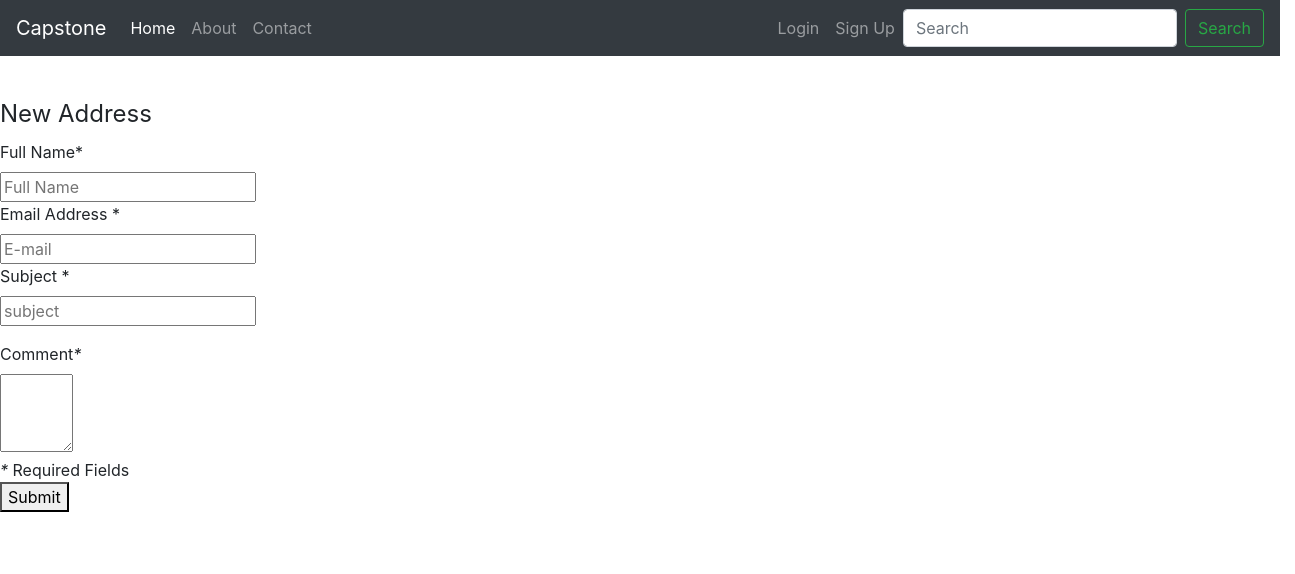
Repository: lionelmwaura/Capstone
Page: http://localhost/ecom/WEB-INF/views/contact.jsp
An editor plug-in stored every save of this project. The page is shown before and after the next save, followed by the edit.
The browser window is 1280 px wide. The page is 1280 px wide, then 1295 px, so the pictures cover 1295 px, including what lies to the right of the window. The pictures show the whole page.
The page is served by Tomcat 9. Nobody is signed in. Other server files are loaded and not shown. The template is opened directly, without the code that normally fills it, so the values that code supplies are empty.

Above is the page before, as saved 2020-09-29 22:35:44.

### ecom/src/main/webapp/WEB-INF/views/contact.jsp
<%@ page language="java" contentType="text/html; charset=ISO-8859-1"
    pageEncoding="ISO-8859-1"%>
<!DOCTYPE html>
<html>
<head>
<meta charset="ISO-8859-1">
<title>Insert title here</title>
<link rel="stylesheet" href="https://maxcdn.bootstrapcdn.com/bootstrap/4.5.2/css/bootstrap.min.css">
  <script src="https://ajax.googleapis.com/ajax/libs/jquery/3.5.1/jquery.min.js"></script>
  <script src="https://cdnjs.cloudflare.com/ajax/libs/popper.js/1.16.0/umd/popper.min.js"></script>
  <script src="https://maxcdn.bootstrapcdn.com/bootstrap/4.5.2/js/bootstrap.min.js"></script>
</head>
<body>
<jsp:include page="components/header.jsp"></jsp:include>
<br>
<br>
<br>
<br>
<form action="sendemail" method="post" role="form">

                  <fieldset>
                    <legend>New Address</legend>

                          <div class="form-group">
                            <label for="name"> Full Name<span class="required">*</span></label>
                            <br>
                            <input type="text" id="name" name="name" placeholder="Full Name" title="Full Name" class="input-text" required>

                          <div class="input-box">
                            <label for="email"> Email Address <span class="required">*</span> </label>
                            <br>
                            <input type="text" id="email" name="email" placeholder="E-mail"  title="E-mail" class="input-text" required>
                          </div>
                          <div class="input-box ">
                            <label for="subject"> Subject <span class="required">*</span> </label>
                            <br>
                            <input type="text" name="subject" placeholder="subject" title="Subject" class="input-text">
                          </div>
                        </div>

                        <label for="comment">Comment<em class="required">*</em></label>
                        <br>
                        <div >
                          <textarea name="message" id="message" title="message" class="input-text" cols="5" rows="3"></textarea>
                        </div>

                  </fieldset>

                <span class="require"><em class="required">* </em>Required Fields</span>
                <div class="buttons-set">
                  <button type="submit" title="Submit" class="button submit"> <span> Submit </span> </button>
                </div>

</form>
</body>
</html>

### ecom/src/main/webapp/WEB-INF/views/components/header.jsp
<%@ page language="java" contentType="text/html; charset=ISO-8859-1"
    pageEncoding="ISO-8859-1"%>
<%@ taglib prefix="spring" uri="http://www.springframework.org/tags"%>
<%@ taglib prefix="c" uri="http://java.sun.com/jsp/jstl/core"%>
<%@ taglib prefix="form" uri="http://www.springframework.org/tags/form"%>

<!DOCTYPE html>
<html>
<head>
<meta charset="ISO-8859-1">
<title>Header</title>
</head>
<body>
<nav class="navbar navbar-expand-md navbar-dark fixed-top bg-dark">
    <a class="navbar-brand" href="#">Capstone</a>
    <button class="navbar-toggler" type="button" data-toggle="collapse" data-target="#navbarCollapse" aria-controls="navbarCollapse" aria-expanded="false" aria-label="Toggle navigation">
      <span class="navbar-toggler-icon"></span>
    </button>
    <div class="collapse navbar-collapse" id="navbarCollapse">
      <ul class="navbar-nav mr-auto">
        <li class="nav-item active">
          <a class="nav-link" href="home">Home</a>
        </li>
        <li class="nav-item">
          <a class="nav-link" href="about">About</a>
        </li>
        <li class="nav-item">
          <a class="nav-link" href="contact">Contact</a>
        </li>
      </ul>
      <ul class="navbar-nav ">
      	<c:choose>
      	<c:when test="${empty loggedInuser}">
      		<li class="nav-item">
          		<a class="nav-link" href="login">Login</a>
       		</li>
        	<li class="nav-item">
          		<a class="nav-link" href="signup">Sign Up</a>
        	</li>
      	</c:when>
      	<c:otherwise>
      	<c:if test="${role eq 'ADMIN' || role eq 'DBA'}">
      		<li class="nav-item">
          		<a class="nav-link" href="admin">Admin</a>
        	</li>
      	</c:if>
      		<li class="nav-item">
          		<a class="nav-link" href="profile">My Profile</a>
        	</li>
      		<li class="nav-item">
          		<a class="nav-link" href="logout">Logout</a>
        	</li>
      	</c:otherwise>
      	</c:choose>
       <form class="form-inline mt-2 mt-md-0">
        	<input class="form-control mr-sm-2" type="text" placeholder="Search" aria-label="Search">
        	<button class="btn btn-outline-success my-2 my-sm-0" type="submit">Search</button>
      	</form>
      </ul>
    </div>
  </nav>
</body>
</html>

After the next save:
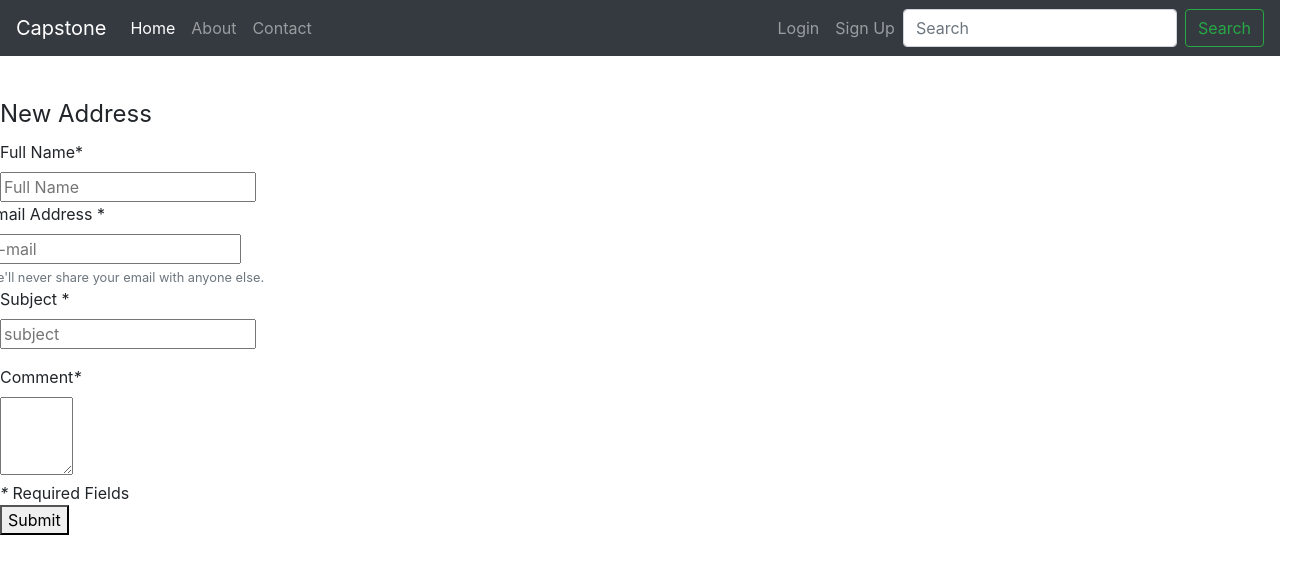
Saved 2 min 53 s later.
--- a/ecom/src/main/webapp/WEB-INF/views/contact.jsp
+++ b/ecom/src/main/webapp/WEB-INF/views/contact.jsp
@@ -25,12 +25,14 @@
                             <label for="name"> Full Name<span class="required">*</span></label>
                             <br>
                             <input type="text" id="name" name="name" placeholder="Full Name" title="Full Name" class="input-text" required>
-
+                         <div class="row">
                           <div class="input-box">
                             <label for="email"> Email Address <span class="required">*</span> </label>
                             <br>
-                            <input type="text" id="email" name="email" placeholder="E-mail"  title="E-mail" class="input-text" required>
+                           	<input type="text" id="email" name="email" placeholder="E-mail"  title="E-mail" class="input-text" required>
+                          	<small id="emailHelp" class="form-text text-muted">We'll never share your email with anyone else.</small>
                           </div>
+                         </div>
                           <div class="input-box ">
                             <label for="subject"> Subject <span class="required">*</span> </label>
                             <br>
